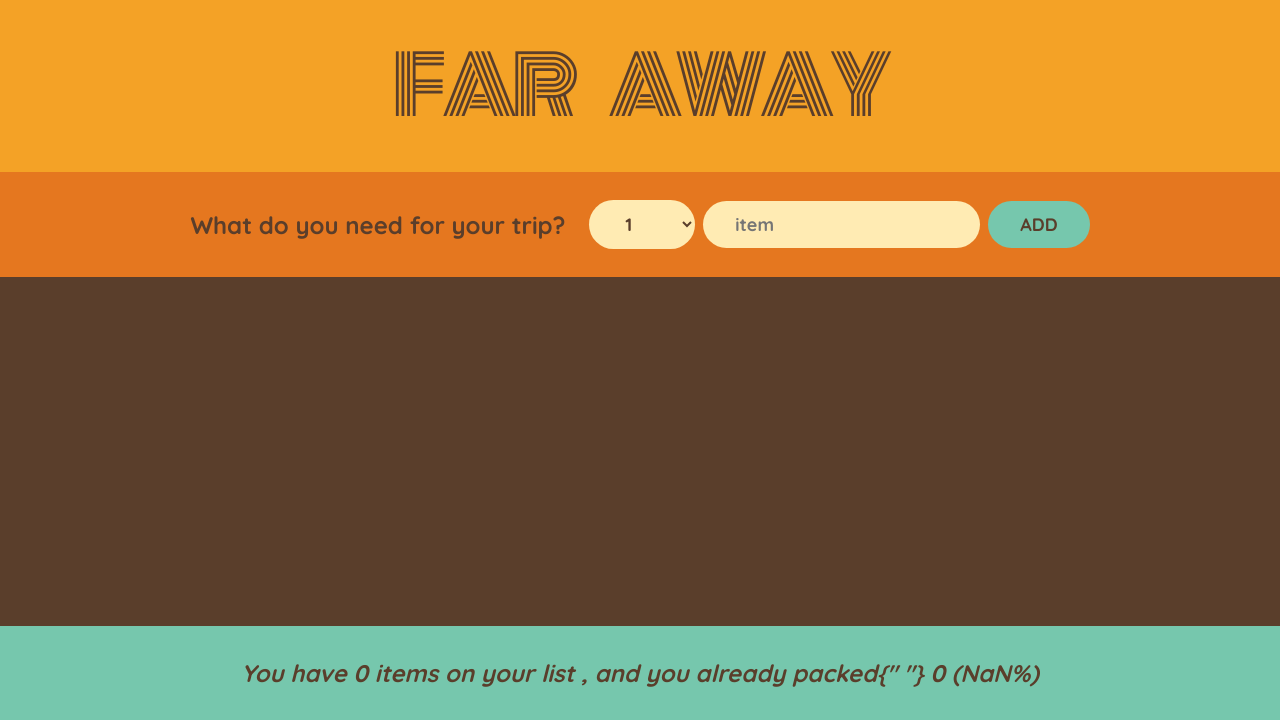
Repository: ahmedharidy/react-checklist
Page: /
An editor plug-in stored every save of this project. The page is shown before and after the next save, followed by the edit.
The browser window is 1280 px wide. The pictures show the whole page.
The project was rebuilt for these pictures with package versions that can differ from the ones it lists, and the page was loaded fresh each time.

Above is the page before, as saved 2026-10-04 19:46:44.

### src/index.js
import React from "react";
import ReactDOM from "react-dom/client";
import "./index.css";
import App from "./App";

const root = ReactDOM.createRoot(document.getElementById("root"));
root.render(
  <React.StrictMode>
    <App />
  </React.StrictMode>,
);

// If you want to start measuring performance in your app, pass a function
// to log results (for example: reportWebVitals(console.log))
// or send to an analytics endpoint. Learn more: https://bit.ly/CRA-vitals

### src/App.js
import { useState } from "react";

export default function App() {
  const [items, setItems] = useState([]);

  function handleAddItems(item) {
    setItems((items) => [...items, item]);
  }

  function handleDeleteItem(id) {
    setItems((items) => items.filter((item) => item.id !== id));
  }

  function handleToggleItem(id) {
    setItems((items) =>
      items.map((item) =>
        item.id === id ? { ...item, packed: !item.packed } : item,
      ),
    );
  }

  return (
    <div className="app">
      <Logo />
      <Form onAddItems={handleAddItems} />
      <PackingList
        onToggleItems={handleToggleItem}
        onDeleteItem={handleDeleteItem}
        items={items}
      />
      <Stats items={items} />
    </div>
  );
}

function Logo() {
  return <h1>Far Away</h1>;
}

function Form({ onAddItems }) {
  const [description, setDescription] = useState("");
  const [quantity, setquantity] = useState(1);

  function handleSubmit(e) {
    e.preventDefault();

    if (!description) return;

    const newItem = { description, quantity, packed: false, id: Date.now() };
    console.log(newItem);

    onAddItems(newItem);
    setDescription("");
    setquantity(1);
  }

  return (
    <form className="add-form" onSubmit={handleSubmit}>
      <h3>What do you need for your trip? </h3>
      <select
        value={quantity}
        onChange={(s) => setquantity(Number(s.target.value))}>
        {Array.from({ length: 20 }, (_, i) => i + 1).map((num) => (
          <option value={num} key={num}>
            {num}
          </option>
        ))}
      </select>
      <input
        type="text"
        placeholder="item"
        value={description}
        onChange={(e) => setDescription(e.target.value)}
      />
      <button>Add</button>
    </form>
  );
}
function PackingList({ items, onDeleteItem, onToggleItems }) {
  return (
    <div className="list">
      <ul>
        {items.map((item) => (
          <Item
            item={item}
            onToggleItems={onToggleItems}
            onDeleteItem={onDeleteItem}
            key={item.id}></Item>
        ))}
      </ul>
    </div>
  );
}

function Item({ item, onDeleteItem, onToggleItems }) {
  return (
    <li>
      <input
        type="checkbox"
        value={item.packed}
        onChange={() => onToggleItems(item.id)}
      />
      <span style={item.packed ? { textDecoration: "line-through" } : {}}>
        {item.quantity} {item.description}
      </span>
      <button onClick={() => onDeleteItem(item.id)}>❌</button>
    </li>
  );
}

function Stats({ items }) {
  const numItems = items.length;
  const numPacked = items.filter((item) => item.packed).length;
  const percentage = Math.round((numPacked / numItems) * 100);

  return (
    <footer className="stats">
      <em>
        {percentage === 100
          ? "You got everything! ready to go"
          : `You have ${numItems} items on your list , and you already packed{" "}
        ${numPacked} (${percentage}%)`}
      </em>
    </footer>
  );
}

Loaded but not shown: public/index.html (common file); src/index.css (common file)

After the next save:
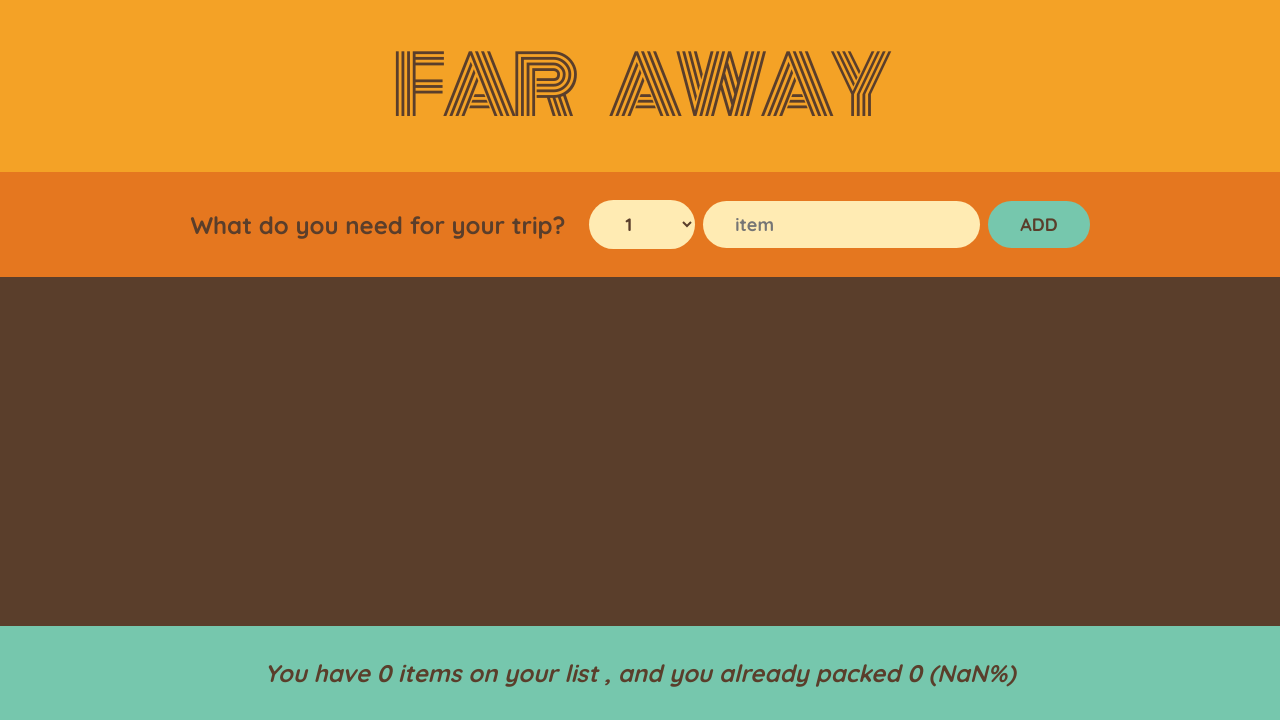
Saved 23 s later.
--- a/src/App.js
+++ b/src/App.js
@@ -118,7 +118,7 @@
       <em>
         {percentage === 100
           ? "You got everything! ready to go"
-          : `You have ${numItems} items on your list , and you already packed{" "}
+          : `You have ${numItems} items on your list , and you already packed
         ${numPacked} (${percentage}%)`}
       </em>
     </footer>
